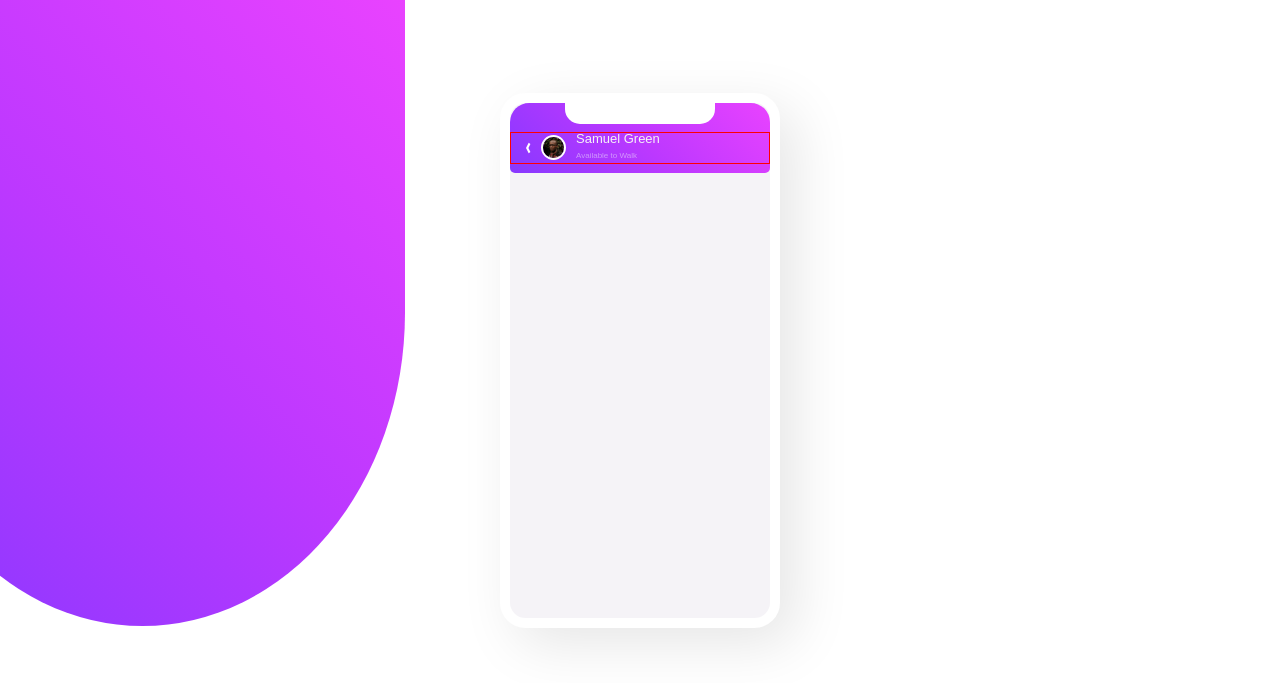
Repository: KamoliddinGIT/chat-app-css-illustration
Page: index.html
These files come from the project's save history. The page is drawn as it stood at one moment and after the next save; the edit follows.
The browser window is 1280 px wide. The pictures show the whole page.

Above is the page before, as saved 2023-09-25 17:47:53.

After the next save:
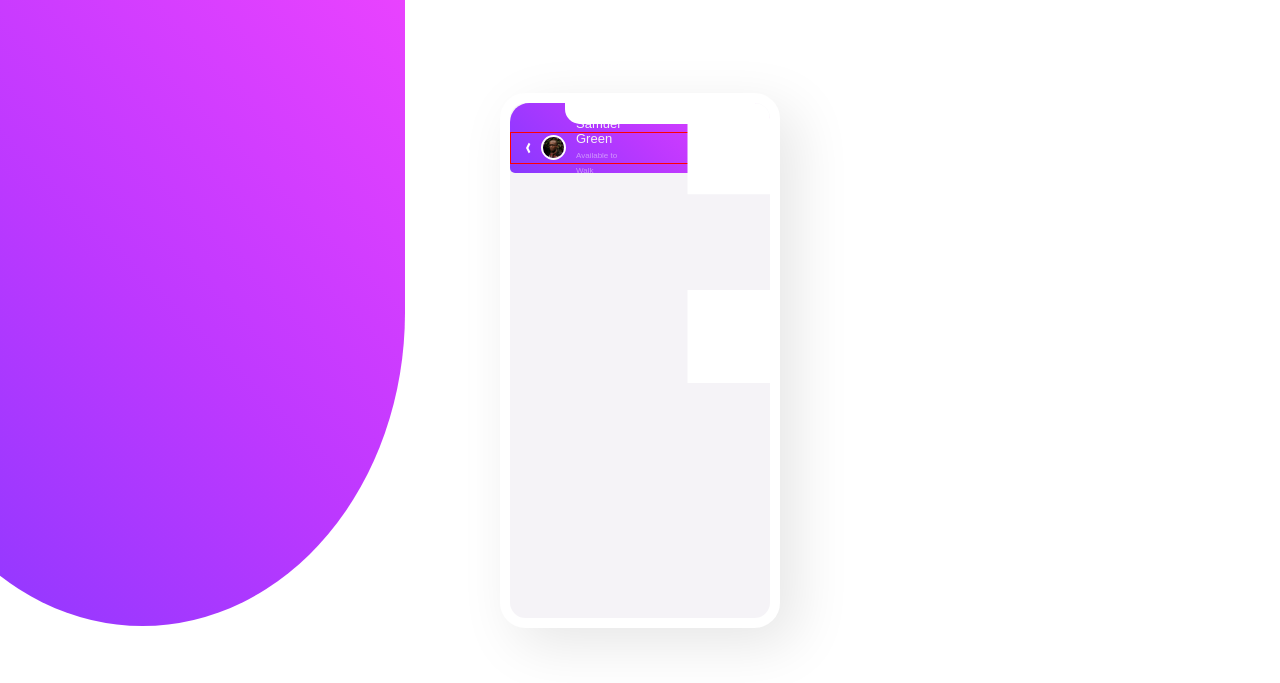
Saved 86 s later.
--- a/index.html
+++ b/index.html
@@ -32,6 +32,7 @@
                 <span>Available to Walk </span>
               </h2>
             </div>
+            <img src="./images/menu.svg" alt="menu" class="menu" />
           </div>
         </div>
       </div>

After the save that followed:
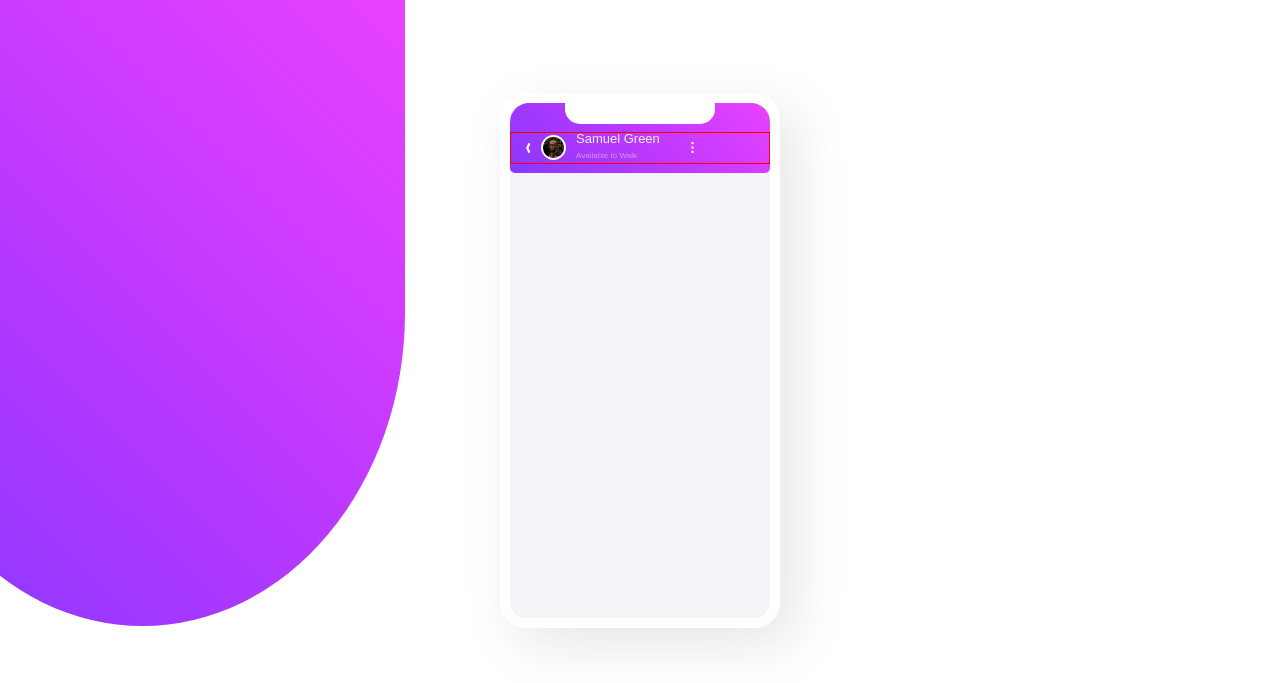
Saved 6 s later.
--- a/css/style.css
+++ b/css/style.css
@@ -114,3 +114,7 @@
   opacity: 0.5;
   color: hsl(270, 20%, 96%);
 }
+
+.menu {
+  width: 5px;
+}
